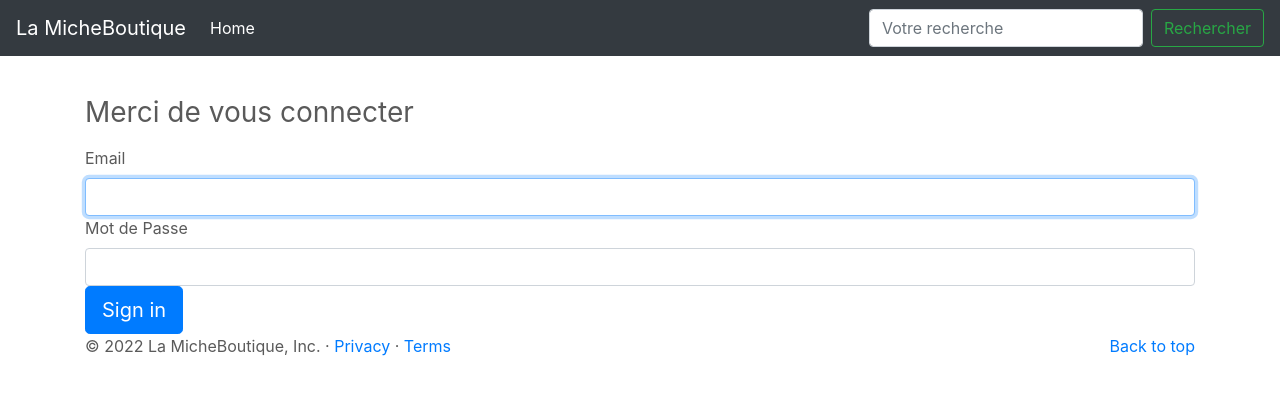
Repository: Michelhof1978/La-MicheBoutique
Page: templates/security/login.html.twig
The author's editor kept a copy of each file at every save. The page is drawn from the files as they stood at one save, then again after a run of saves.
The browser window is 1280 px wide. The pictures show the whole page.
The page is a Twig template of a Symfony application; nobody is signed in and links lead nowhere. The template is opened directly, without the code that normally fills it, so the values that code supplies are empty.

Above is the page before, as saved 2022-01-17 10:27:51.

### templates/security/login.html.twig
{% extends 'base.html.twig' %}

{% block title %}Se connecter à la Miche Boutique{% endblock %}

{% block content %}
<form method="post">
    {% if error %}
        <div class="alert alert-danger">{{ error.messageKey|trans(error.messageData, 'security') }}</div>
    {% endif %}

    {% if app.user %}
        <div class="mb-3">
            You are logged in as {{ app.user.username }}, <a href="{{ path('app_logout') }}">Logout</a>
        </div>
    {% endif %}

    <h1 class="h3 mb-3 font-weight-normal">Merci de vous connecter</h1>
    <label for="inputEmail">Email</label>
    <input type="email" value="{{ last_username }}" name="email" id="inputEmail" class="form-control" autocomplete="email" required autofocus>
    <label for="inputPassword">Mot de Passe</label>
    <input type="password" name="password" id="inputPassword" class="form-control" autocomplete="current-password" required>

    <input type="hidden" name="_csrf_token"
           value="{{ csrf_token('authenticate') }}"
    >

    {#
        Uncomment this section and add a remember_me option below your firewall to activate remember me functionality.
        See https://symfony.com/doc/current/security/remember_me.html

        <div class="checkbox mb-3">
            <label>
                <input type="checkbox" name="_remember_me"> Remember me
            </label>
        </div>
    #}

    <button class="btn btn-lg btn-primary" type="submit">
        Sign in
    </button>
</form>
{% endblock %}

### templates/base.html.twig
<!doctype html>
<html lang="fr">
<head>
    <meta charset="utf-8">
    <meta name="viewport" content="width=device-width, initial-scale=1, shrink-to-fit=no">
    <meta name="description" content="">
    <meta name="author" content="Mark Otto, Jacob Thornton, and Bootstrap contributors">
    <meta name="generator" content="Jekyll v4.1.1">
    <title>{% block title %} La MicheBoutique{% endblock %}</title>

    <!-- Bootstrap core CSS -->
    <link href="{{asset ('assets/css/bootstrap.min.css')}}" rel="stylesheet">

    <style>
        .bd-placeholder-img {
            font-size: 1.125rem;
            text-anchor: middle;
            -webkit-user-select: none;
            -moz-user-select: none;
            -ms-user-select: none;
            user-select: none;
        }

        @media (min-width: 768px) {
            .bd-placeholder-img-lg {
                font-size: 3.5rem;
            }
        }
    </style>
    <!-- Custom styles for this template -->
    <link href="{{asset ('assets/css/carousel.css')}}" rel="stylesheet">
</head>
<body>
<header>
    <nav class="navbar navbar-expand-md navbar-dark fixed-top bg-dark">
        <a class="navbar-brand" href="#">La MicheBoutique</a>
        <button class="navbar-toggler" type="button" data-toggle="collapse" data-target="#navbarCollapse" aria-controls="navbarCollapse" aria-expanded="false" aria-label="Toggle navigation">
            <span class="navbar-toggler-icon"></span>
        </button>
        <div class="collapse navbar-collapse" id="navbarCollapse">
            <ul class="navbar-nav mr-auto">
                <li class="nav-item active">
                    <a class="nav-link" href="#">Home <span class="sr-only">(current)</span></a>
                </li>

            </ul>
            <form class="form-inline mt-2 mt-md-0">
                <input class="form-control mr-sm-2" type="text" placeholder="Votre recherche" aria-label="Search">
                <button class="btn btn-outline-success my-2 my-sm-0" type="submit">Rechercher</button>
            </form>
        </div>
    </nav>
</header>

<main role="main">
{% if block('carousel') is defined %} {#pour définir où on veut mettre le carousel sur les pages#}
    <div id="myCarousel" class="carousel slide" data-ride="carousel">
        <ol class="carousel-indicators">
            <li data-target="#myCarousel" data-slide-to="0" class="active"></li>
            <li data-target="#myCarousel" data-slide-to="1"></li>
            <li data-target="#myCarousel" data-slide-to="2"></li>
        </ol>
        <div class="carousel-inner">
            <div class="carousel-item active">
                <svg class="bd-placeholder-img" width="100%" height="100%" xmlns="http://www.w3.org/2000/svg" preserveAspectRatio="xMidYMid slice" focusable="false" role="img"><rect width="100%" height="100%" fill="#777"/></svg>
                <div class="container">
                    <div class="carousel-caption text-left">
                        <h1>Example headline.</h1>
                        <p>Cras justo odio, dapibus ac facilisis in, egestas eget quam. Donec id elit non mi porta gravida at eget metus. Nullam id dolor id nibh ultricies vehicula ut id elit.</p>
                        <p><a class="btn btn-lg btn-primary" href="#" role="button">Sign up today</a></p>
                    </div>
                </div>
            </div>
            <div class="carousel-item">
                <svg class="bd-placeholder-img" width="100%" height="100%" xmlns="http://www.w3.org/2000/svg" preserveAspectRatio="xMidYMid slice" focusable="false" role="img"><rect width="100%" height="100%" fill="#777"/></svg>
                <div class="container">
                    <div class="carousel-caption">
                        <h1>Another example headline.</h1>
                        <p>Cras justo odio, dapibus ac facilisis in, egestas eget quam. Donec id elit non mi porta gravida at eget metus. Nullam id dolor id nibh ultricies vehicula ut id elit.</p>
                        <p><a class="btn btn-lg btn-primary" href="#" role="button">Learn more</a></p>
                    </div>
                </div>
            </div>
            <div class="carousel-item">
                <svg class="bd-placeholder-img" width="100%" height="100%" xmlns="http://www.w3.org/2000/svg" preserveAspectRatio="xMidYMid slice" focusable="false" role="img"><rect width="100%" height="100%" fill="#777"/></svg>
                <div class="container">
                    <div class="carousel-caption text-right">
                        <h1>One more for good measure.</h1>
                        <p>Cras justo odio, dapibus ac facilisis in, egestas eget quam. Donec id elit non mi porta gravida at eget metus. Nullam id dolor id nibh ultricies vehicula ut id elit.</p>
                        <p><a class="btn btn-lg btn-primary" href="#" role="button">Browse gallery</a></p>
                    </div>
                </div>
            </div>
        </div>
        <a class="carousel-control-prev" href="#myCarousel" role="button" data-slide="prev">
            <span class="carousel-control-prev-icon" aria-hidden="true"></span>
            <span class="sr-only">Previous</span>
        </a>
        <a class="carousel-control-next" href="#myCarousel" role="button" data-slide="next">
            <span class="carousel-control-next-icon" aria-hidden="true"></span>
            <span class="sr-only">Next</span>
        </a>
    </div>
    {% endif %}

    <!-- Marketing messaging and featurettes
    ================================================== -->
    <!-- Wrap the rest of the page in another container to center all the content. -->

    <div class="container marketing{% if block('carousel') is not defined %} mt-5 {% endif %}">
    {#Ajouter cette classe si le carousel n'est pas défini (mt-5= marge de 5)#}

 {% block content %}

 {% endblock %}

    </div><!-- /.container -->


    <!-- FOOTER -->
    <footer class="container">
        <p class="float-right"><a href="#">Back to top</a></p>
        <p>&copy; 2022 La MicheBoutique, Inc. &middot; <a href="#">Privacy</a> &middot; <a href="#">Terms</a></p>
    </footer>
</main>
<script src="https://code.jquery.com/jquery-3.5.1.slim.min.js"></script>
<script src="{{asset ('assets/js/bootstrap.bundle.js')}}"></script>
</body>
</html>

### public/assets/css/carousel.css
/* GLOBAL STYLES
-------------------------------------------------- */
/* Padding below the footer and lighter body text */

body {
    padding-top: 3rem;
    padding-bottom: 3rem;
    color: #5a5a5a;
}


/* CUSTOMIZE THE CAROUSEL
-------------------------------------------------- */

/* Carousel base class */
.carousel {
    margin-bottom: 4rem;
}
/* Since positioning the image, we need to help out the caption */
.carousel-caption {
    bottom: 3rem;
    z-index: 10;
}

/* Declare heights because of positioning of img element */
.carousel-item {
    height: 32rem;
}
.carousel-item > img {
    position: absolute;
    top: 0;
    left: 0;
    min-width: 100%;
    height: 32rem;
}


/* MARKETING CONTENT
-------------------------------------------------- */

/* Center align the text within the three columns below the carousel */
.marketing .col-lg-4 {
    margin-bottom: 1.5rem;
    text-align: center;
}
.marketing h2 {
    font-weight: 400;
}
.marketing .col-lg-4 p {
    margin-right: .75rem;
    margin-left: .75rem;
}


/* Featurettes
------------------------- */

.featurette-divider {
    margin: 5rem 0; /* Space out the Bootstrap <hr> more */
}

/* Thin out the marketing headings */
.featurette-heading {
    font-weight: 300;
    line-height: 1;
    letter-spacing: -.05rem;
}


/* RESPONSIVE CSS
-------------------------------------------------- */

@media (min-width: 40em) {
    /* Bump up size of carousel content */
    .carousel-caption p {
        margin-bottom: 1.25rem;
        font-size: 1.25rem;
        line-height: 1.4;
    }

    .featurette-heading {
        font-size: 50px;
    }
}

@media (min-width: 62em) {
    .featurette-heading {
        margin-top: 7rem;
    }
}

Loaded but not shown: public/assets/css/bootstrap.min.css (library); public/assets/js/bootstrap.bundle.js (library)

After the next 2 saves:
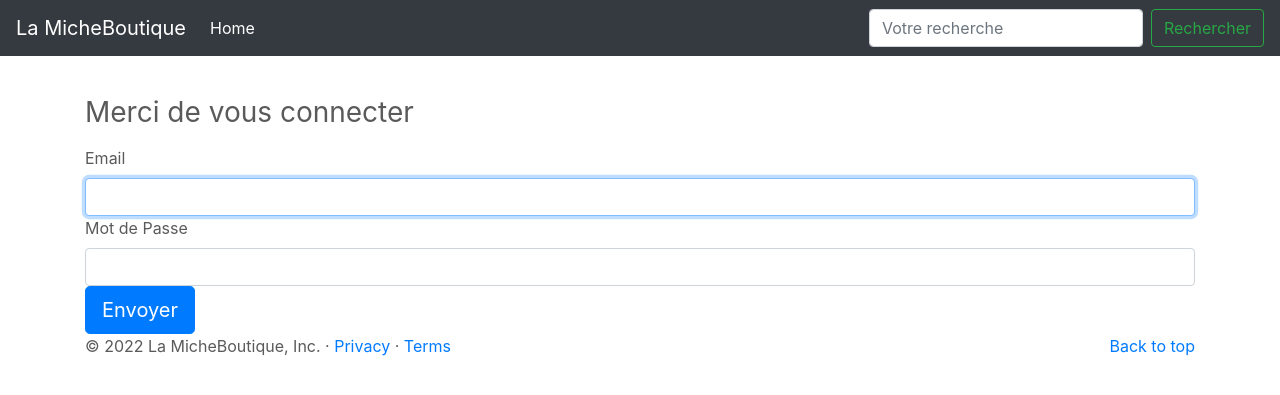
The 2 saves are shown as one change because they came seconds apart.
The last was saved 24 s later.
--- a/templates/security/login.html.twig
+++ b/templates/security/login.html.twig
@@ -36,7 +36,7 @@
     #}
 
     <button class="btn btn-lg btn-primary" type="submit">
-        Sign in
+        Envoyer
     </button>
 </form>
 {% endblock %}
